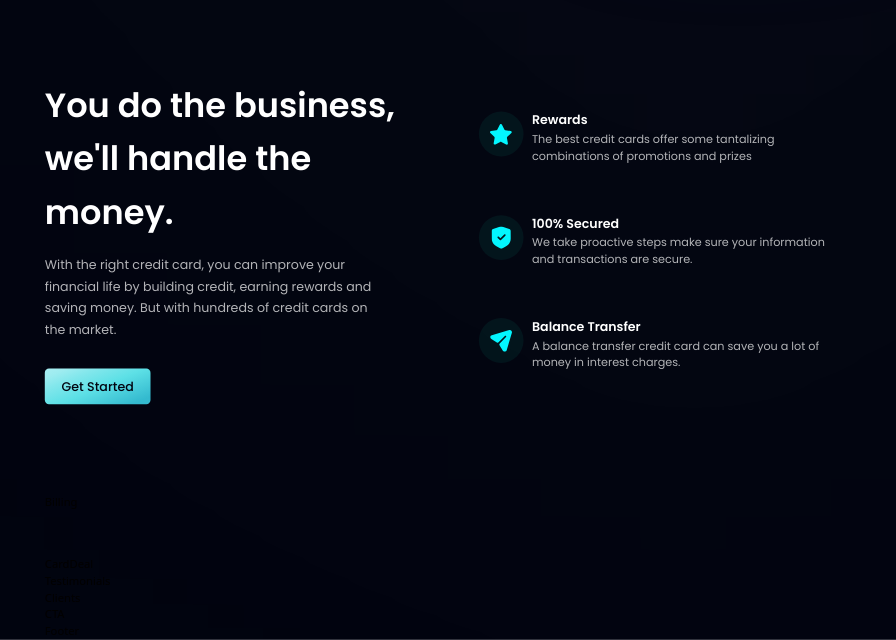
Repository: Carlito-Pedida/modern-app
Page: /
The author's editor kept a copy of each file at every save. The page is drawn from the files as they stood at one save, then again after the next save.
The browser window is 1280 px wide. The pictures show the part of the page from y = 898 to 2818 px (the page is 1812 px tall before and 2818 px after), at 70% of full size.
The project was rebuilt for these pictures with package versions that can differ from the ones it lists, and the page was loaded fresh each time. Also part of the build but not shown: vite.config.js.

Above is the page before, as saved 2024-11-16 10:47:33.

After the next save:
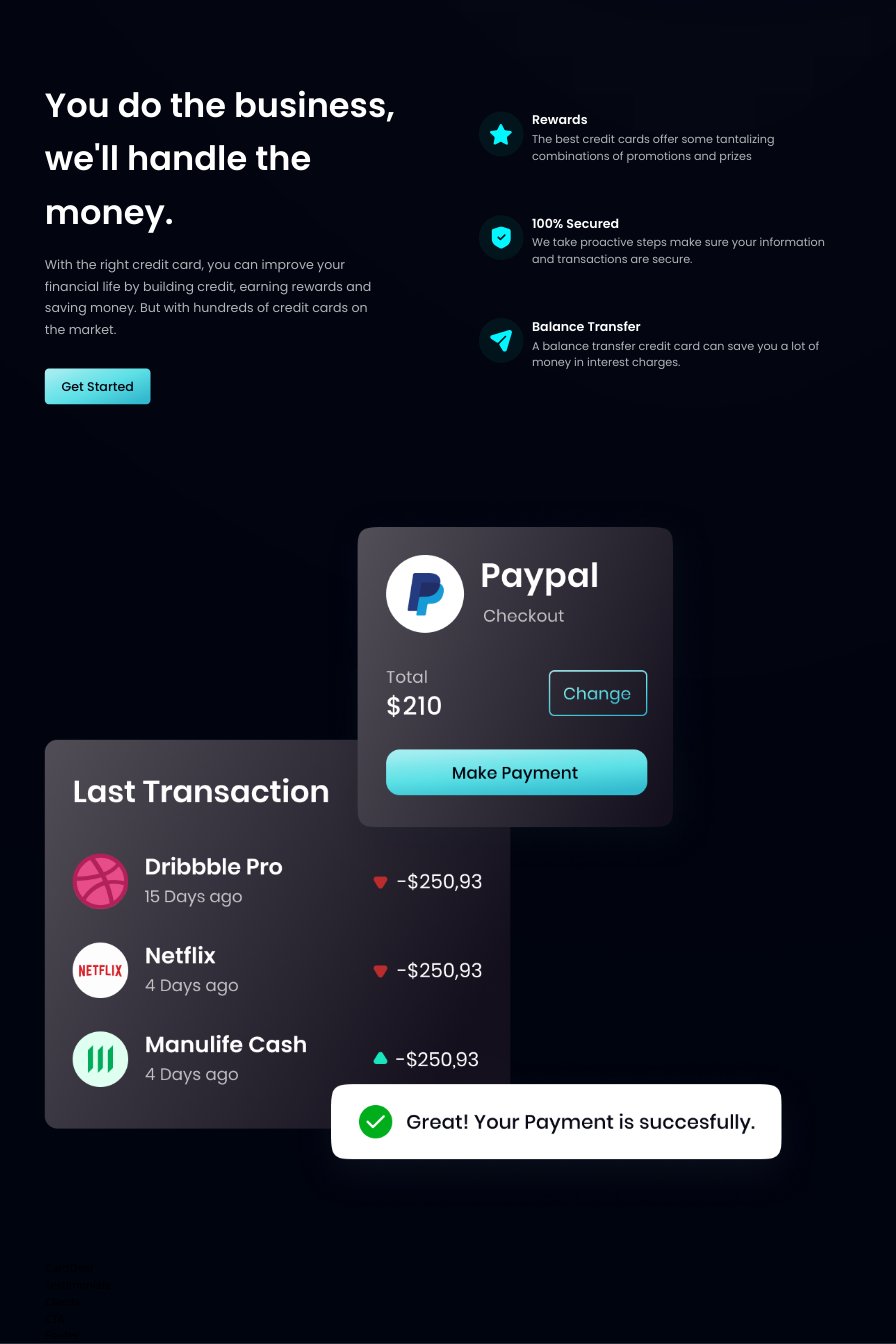
Saved 3 min 38 s later.
--- a/src/components/Billing.jsx
+++ b/src/components/Billing.jsx
@@ -2,7 +2,11 @@
 import styles, {layout} from "../style"
 
 const Billing = () => (
-    <section id="product" className={layout.sectionReverse}>Billing</section>
+    <section id="product" className={layout.sectionReverse}>
+      <div className={layout.sectionImgReverse}>
+        <img src={bill} alt="billing" className="w-[100%] h-[]100% relative z-[5]" />
+      </div>
+    </section>
   )
 
 export default Billing
